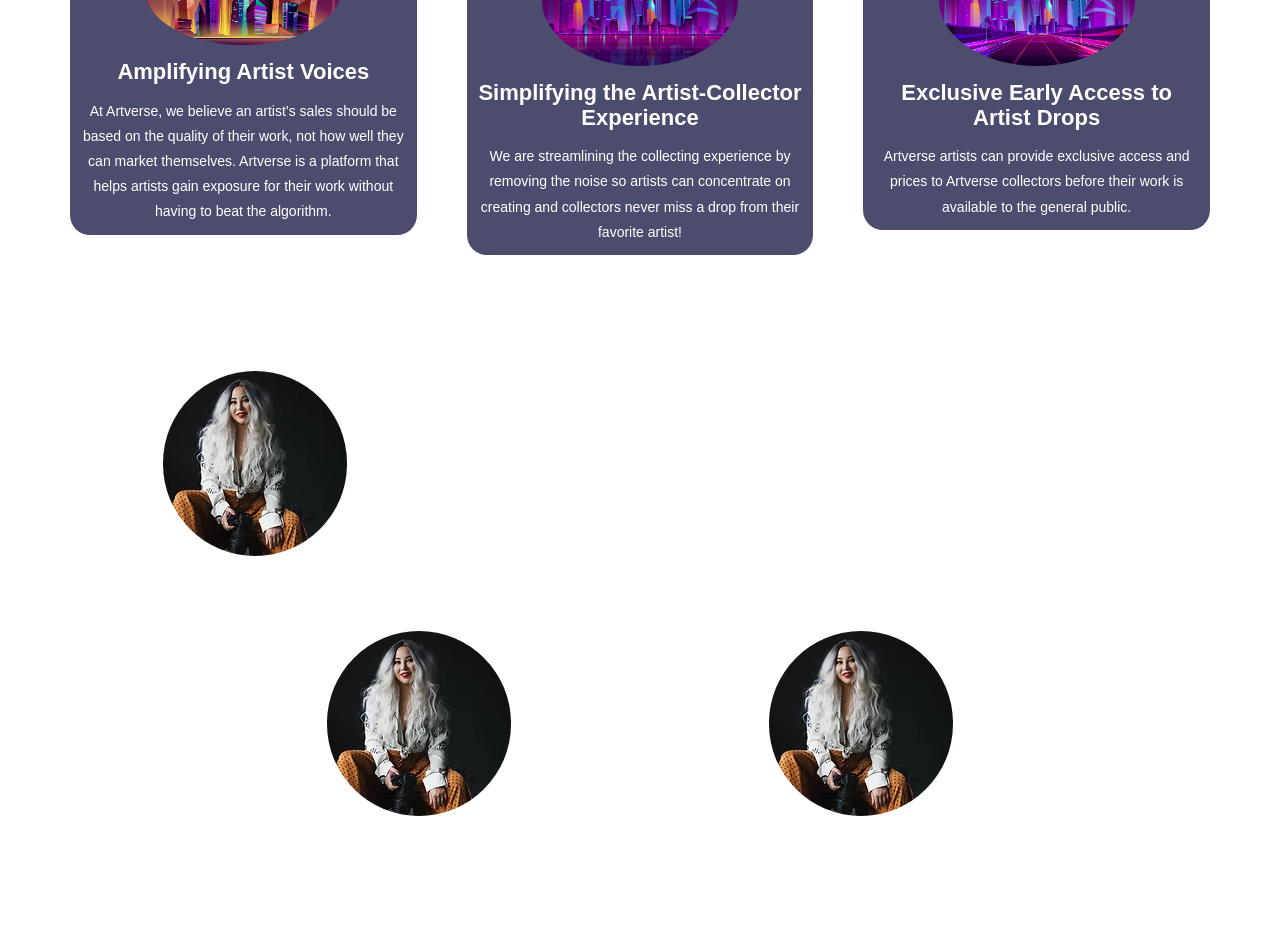
Repository: akinolapo/artverse
Page: /
The author's editor kept a copy of each file at every save. The page is drawn from the files as they stood at one save, then again after a run of saves.
The browser window is 1280 px wide. The pictures show the part of the page from y = 1059 to 2011 px (the page is 1985 px tall before and 2011 px after).
The project was rebuilt for these pictures with package versions that can differ from the ones it lists, and the page was loaded fresh each time.

Above is the page before, as saved 2022-07-25 14:37:16.

After the next 4 saves:
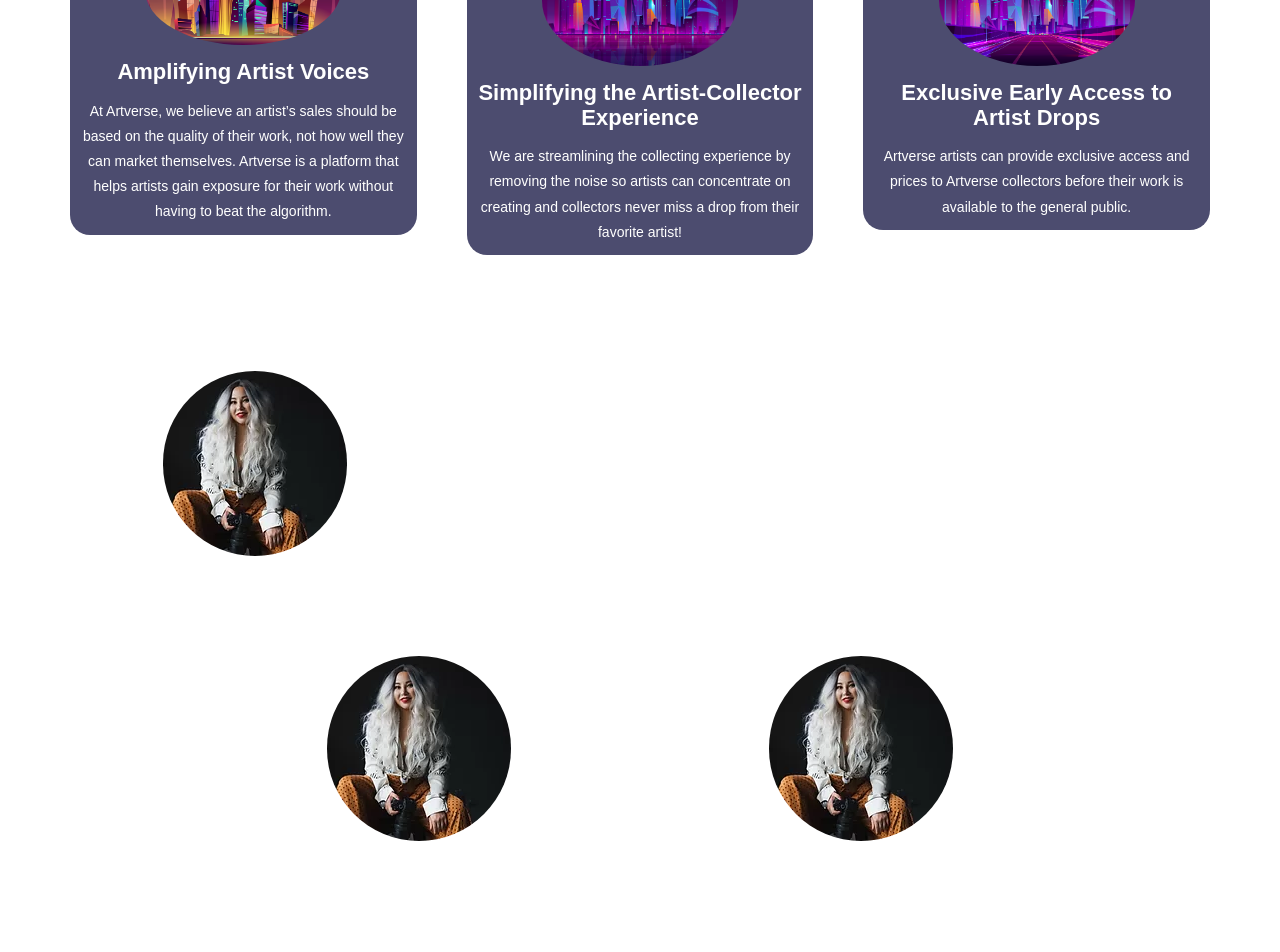
The 4 saves are shown as one change because 1 did not build or start and some came seconds apart.
The last was saved 23 s later.
--- a/src/components/Team/Team.jsx
+++ b/src/components/Team/Team.jsx
@@ -28,6 +28,7 @@
                 </div>
             </div>
             <div>
+                <h4>Other Team Memeber</h4>
             <div className='flex justify-evenly'>
             <div className='text-center'>
                         <img className='rounded-full m-auto' src={process.env.PUBLIC_URL+`assets/founder.webp`} alt='Founder'></img>
